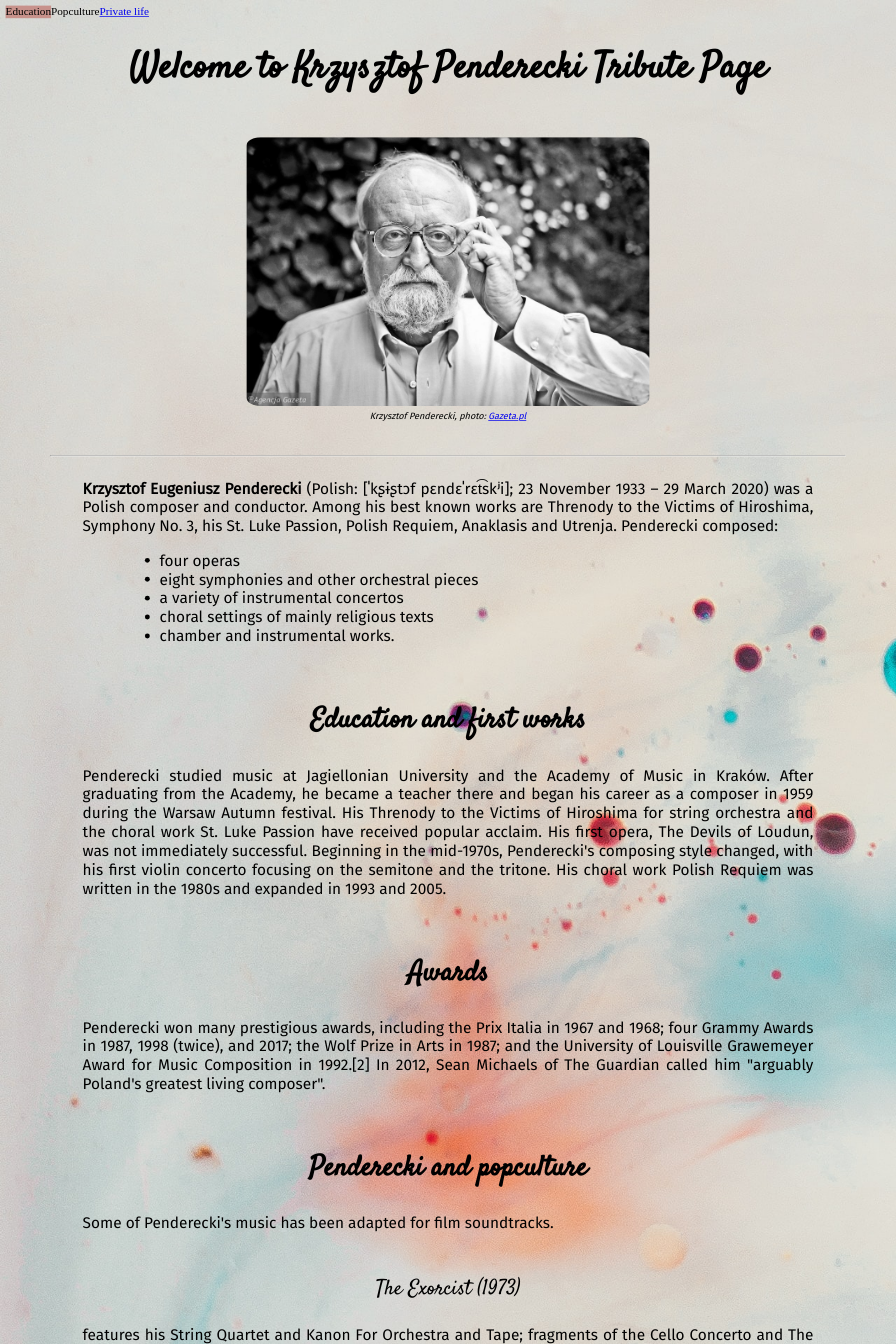
Repository: justynke/tribute_page
Page: index.html
The author's editor kept a copy of each file at every save. The page is drawn from the files as they stood at one save, then again after the next save.
The browser window is 1280 px wide. The pictures show the part of the page from y = 0 to 1920 px (the page is 3516 px tall before and 3772 px after), at 70% of full size.

Above is the page before, as saved 2020-04-23 00:47:30.

After the next save:
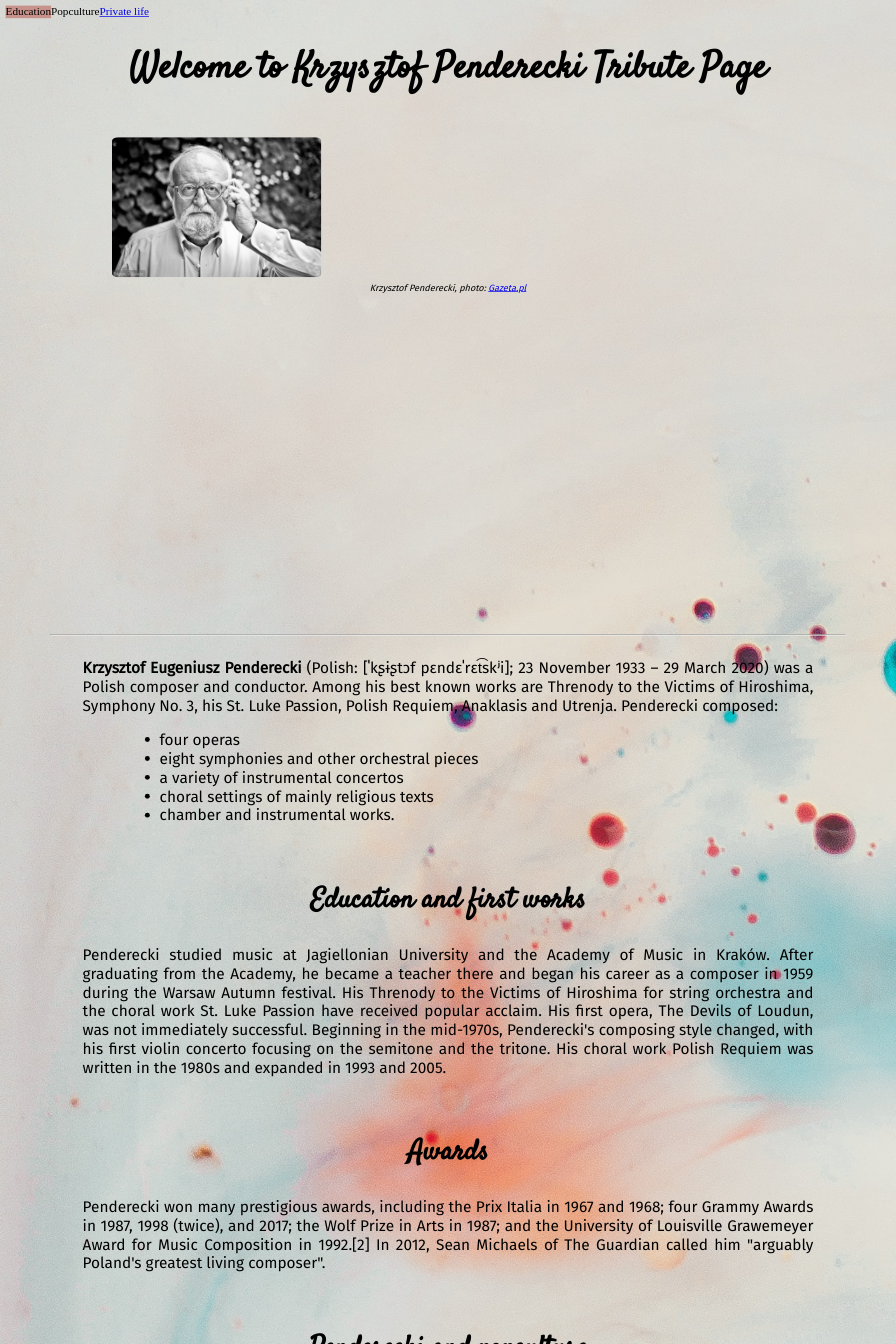
Saved 2 min 59 s later.
--- a/styles.css
+++ b/styles.css
@@ -30,7 +30,8 @@
 }
 
 #image {
-    height: 30vw;
+    position: relative;
+    height: 30%;
     width: auto;
     filter: gray; /* IE6-9 */
     -webkit-filter: grayscale(1); /* Google Chrome, Safari 6+ & Opera 15+ */
